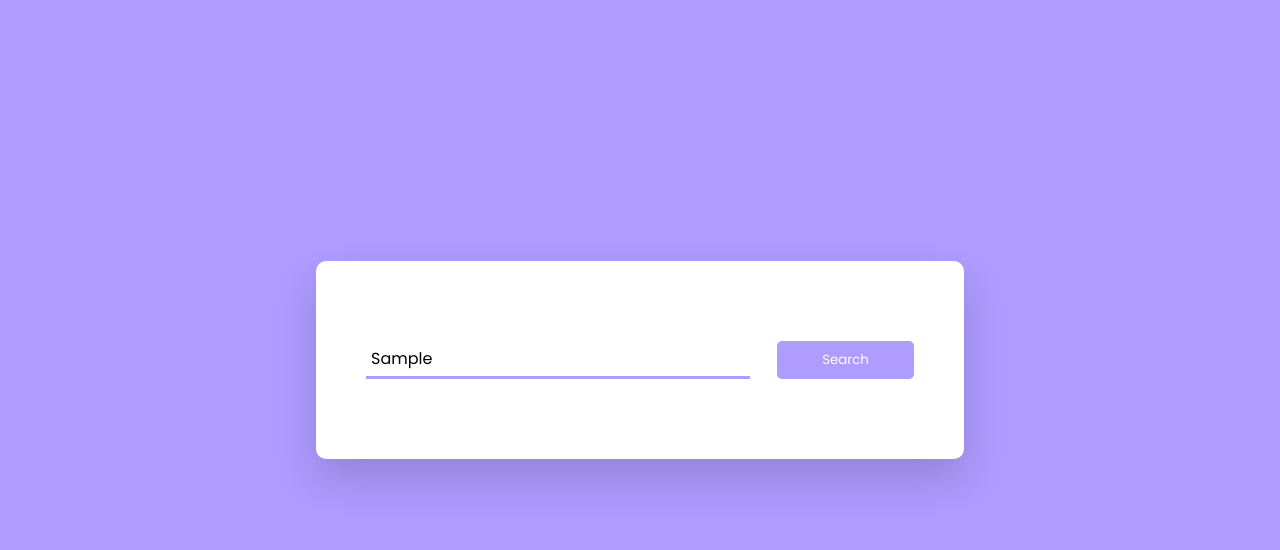
Repository: MohamedMostafaTaha/Translation_app
Page: index.html
An editor plug-in stored every save of this project. The page is shown before and after the next save, followed by the edit.
The browser window is 1280 px wide. The pictures show the whole page.
Empty fields were first filled with sample values (such as "Sample", 5 or name@example.com).
After loading, the first visible `#search-btn` was clicked once.
The page's requests for data from a server got no answer.

Above is the page before, as saved 2023-09-16 19:28:22.

After the next save:
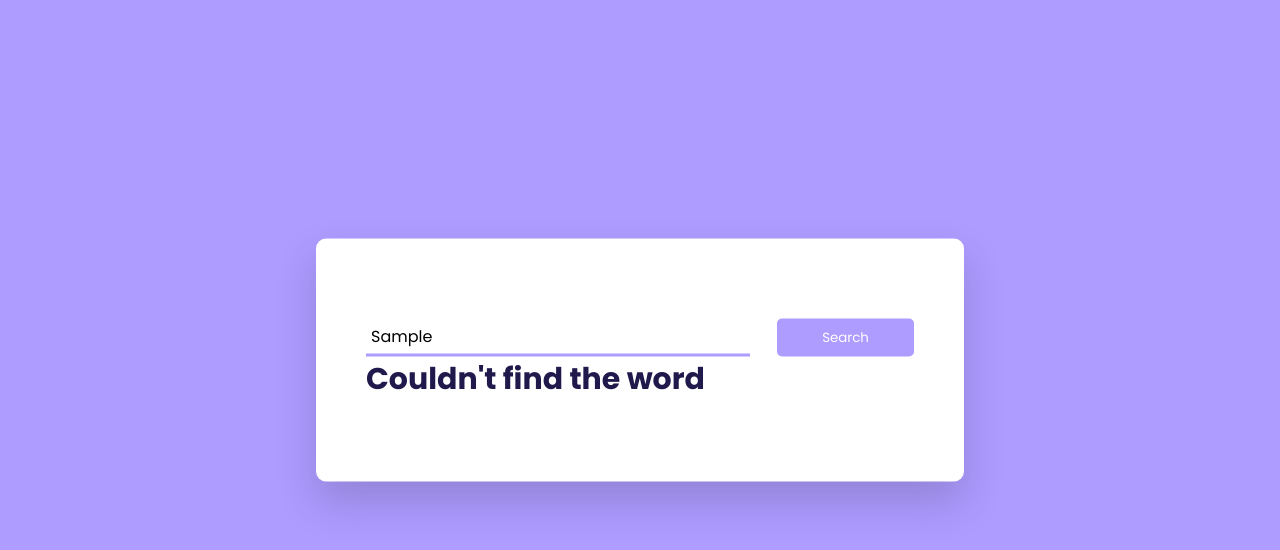
Saved 4 min 33 s later.
--- a/main.js
+++ b/main.js
@@ -28,6 +28,9 @@ btn.addEventListener("click", () => {
       </p>
         `;
       sound.setAttribute("src", `${data[0].phonetics[0].audio}`);
+    })
+    .catch(() => {
+      result.innerHTML = `<h3>Couldn't find the word</h3>`;
     });
 });
 
